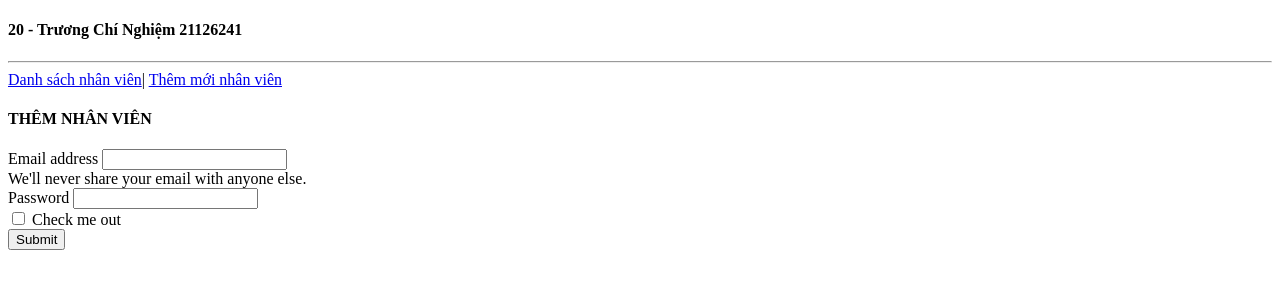
Repository: TruongChiNghiem1/wwwServlet
Page: http://localhost/20_TruongChiNghiem_21126241/views/AddData/index.jsp
An editor plug-in stored every save of this project. The page is shown before and after the next save, followed by the edit.
The browser window is 1280 px wide. The pictures show the whole page.
The page is served by Tomcat 10. Other server files are loaded and not shown.

Above is the page before, as saved 2024-10-25 19:07:44.

### 20_TruongChiNghiem_21126241/src/main/webapp/views/AddData/index.jsp
<%@ page language="java" contentType="text/html; charset=UTF-8"
	pageEncoding="UTF-8"%>
<!DOCTYPE html>
<html>
<head>
<meta charset="UTF-8">
<title>Insert title here</title>
</head>
<body>
	<div class="d-flex justify-content-center m-3">
		<h4>20 - Trương Chí Nghiệm 21126241</h4>
	</div>
	<hr>
	<div class="d-flex justify-content-center m-3">
		<a href="/20_TruongChiNghiem_21126241">Danh sách nhân viên</a>| <a
			href="/20_TruongChiNghiem_21126241/add-data">Thêm mới nhân viên</a>
	</div>
	<div class="d-flex justify-content-center m-3">
		<h4>THÊM NHÂN VIÊN</h4>
	</div>
	<div>
		<form>
			<div class="mb-3">
				<label for="exampleInputEmail1" class="form-label">Email
					address</label> <input type="email" class="form-control"
					id="exampleInputEmail1" aria-describedby="emailHelp">
				<div id="emailHelp" class="form-text">We'll never share your
					email with anyone else.</div>
			</div>
			<div class="mb-3">
				<label for="exampleInputPassword1" class="form-label">Password</label>
				<input type="password" class="form-control"
					id="exampleInputPassword1">
			</div>
			<div class="mb-3 form-check">
				<input type="checkbox" class="form-check-input" id="exampleCheck1">
				<label class="form-check-label" for="exampleCheck1">Check me
					out</label>
			</div>
			<button type="submit" class="btn btn-primary">Submit</button>
		</form>
	</div>
</body>
</html>

After the next save:
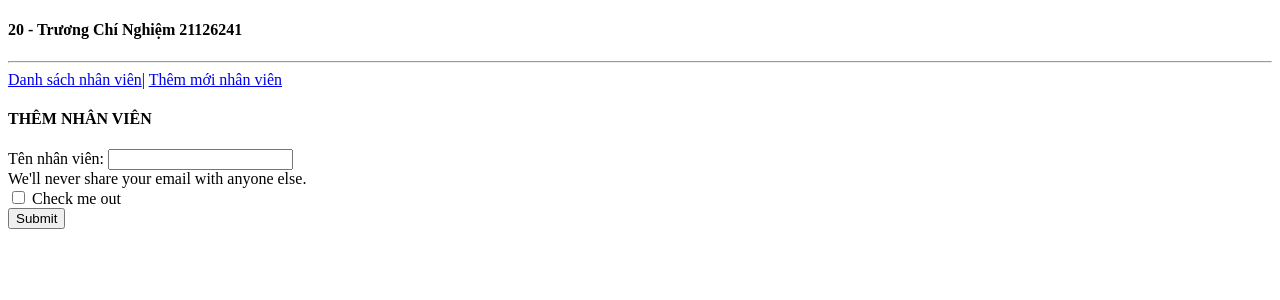
Saved 81 s later.
--- a/20_TruongChiNghiem_21126241/src/main/webapp/views/AddData/index.jsp
+++ b/20_TruongChiNghiem_21126241/src/main/webapp/views/AddData/index.jsp
@@ -21,17 +21,12 @@
 	<div>
 		<form>
 			<div class="mb-3">
-				<label for="exampleInputEmail1" class="form-label">Email
-					address</label> <input type="email" class="form-control"
-					id="exampleInputEmail1" aria-describedby="emailHelp">
+				<label for="exampleInputEmail1" class="form-label">Tên nhân viên:</label>
+				<input type="text" class="form-control" name="tenNV">
 				<div id="emailHelp" class="form-text">We'll never share your
 					email with anyone else.</div>
 			</div>
-			<div class="mb-3">
-				<label for="exampleInputPassword1" class="form-label">Password</label>
-				<input type="password" class="form-control"
-					id="exampleInputPassword1">
-			</div>
+
 			<div class="mb-3 form-check">
 				<input type="checkbox" class="form-check-input" id="exampleCheck1">
 				<label class="form-check-label" for="exampleCheck1">Check me
